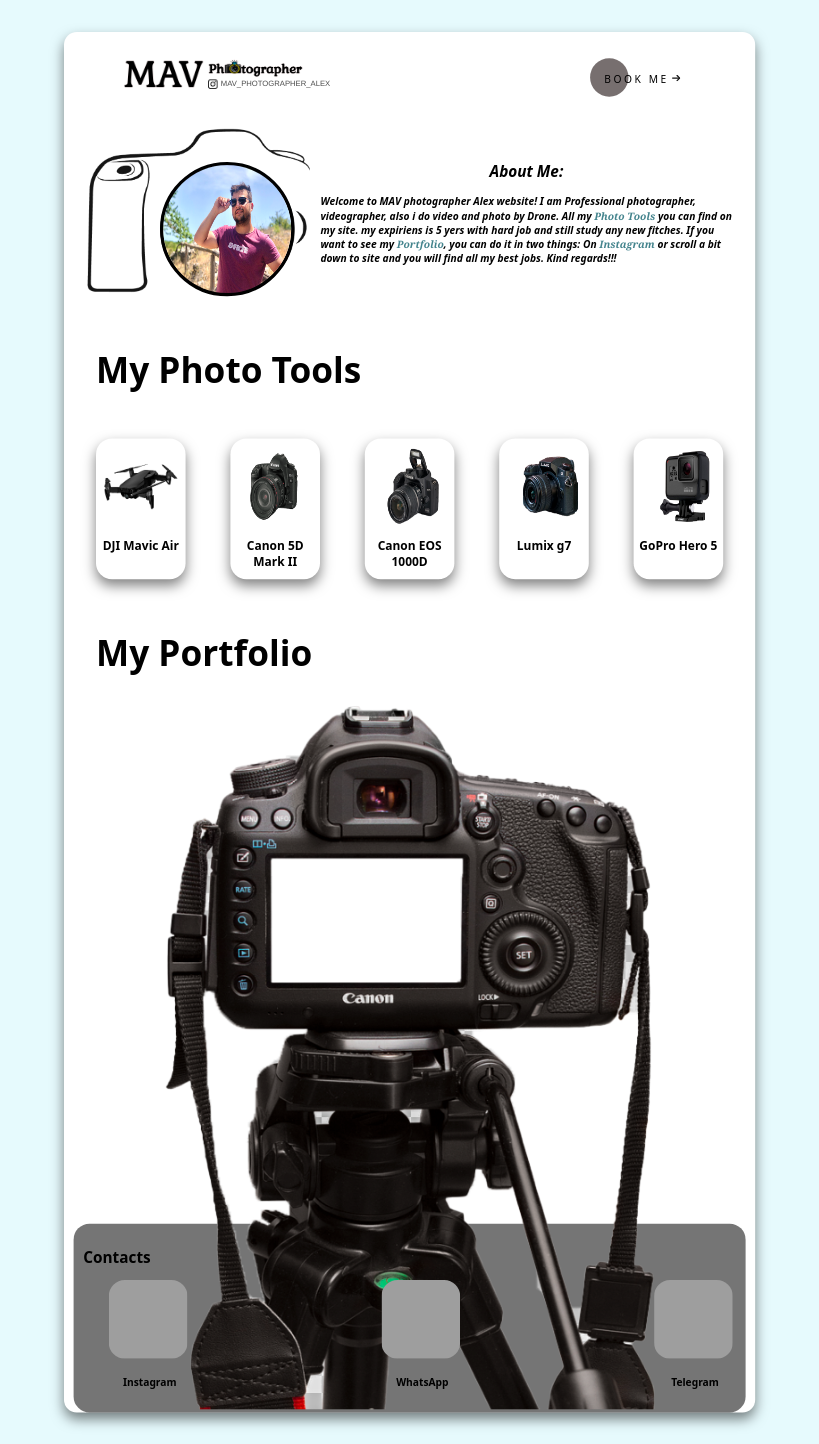
Repository: Dekabrist94/MAV
Page: /
These files come from the project's save history. The page is drawn as it stood at one moment and after the next save; the edit follows.
The browser window is 1280 px wide. The pictures show the whole page, at 64% of full size.
Pictures or frames that could not be fetched are drawn as grey boxes. The project was rebuilt for these pictures with package versions that can differ from the ones it lists, and the page was loaded fresh each time.

Above is the page before, as saved 2023-03-11 17:23:01.

After the next save:
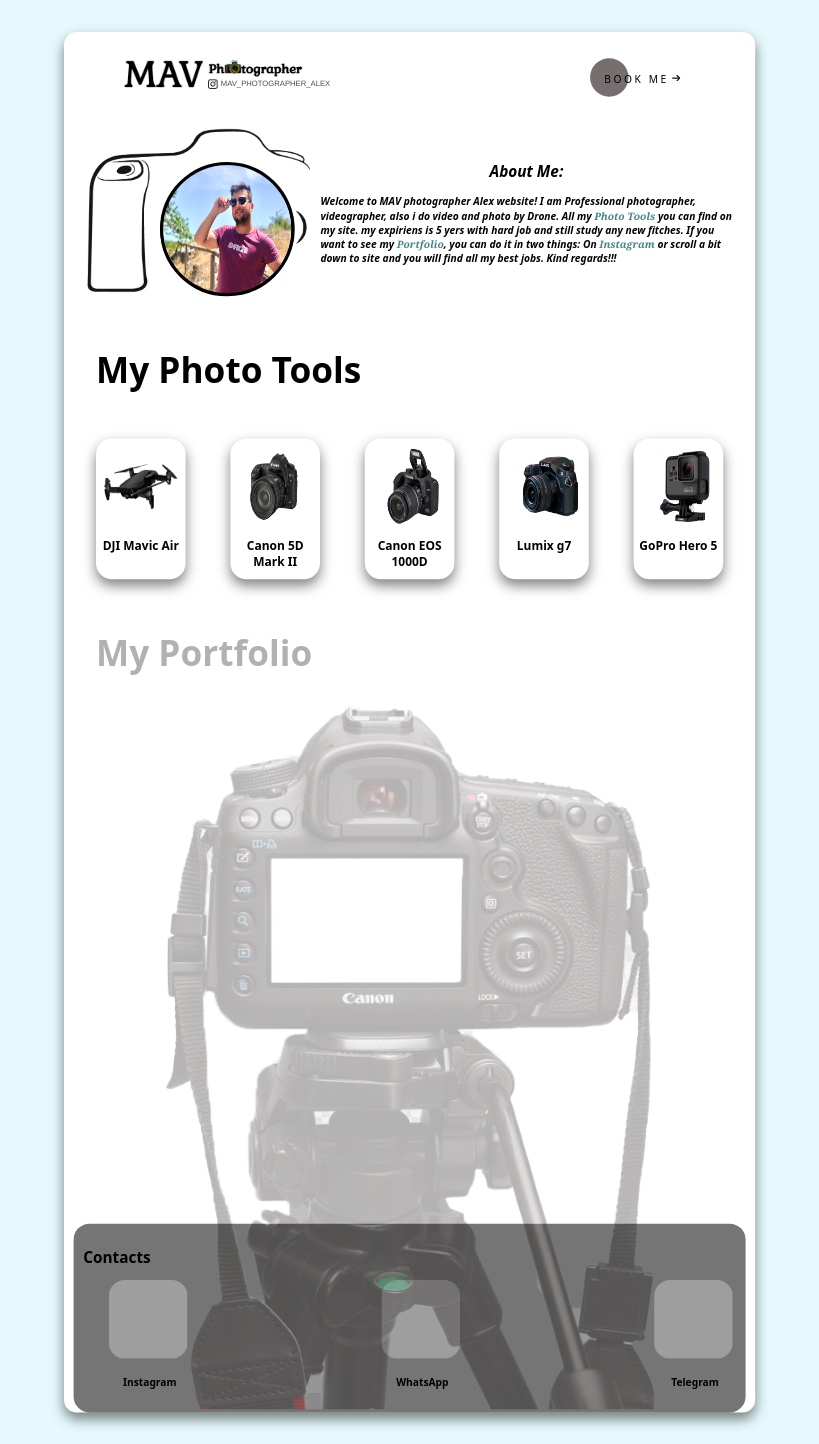
Saved 8 s later.
--- a/src/index.scss
+++ b/src/index.scss
@@ -137,6 +137,7 @@
 
 .Portfolio {
   z-index: 1;
+  opacity: 0.3;
 }
 
 .captionPortfolio {

After the save that followed:
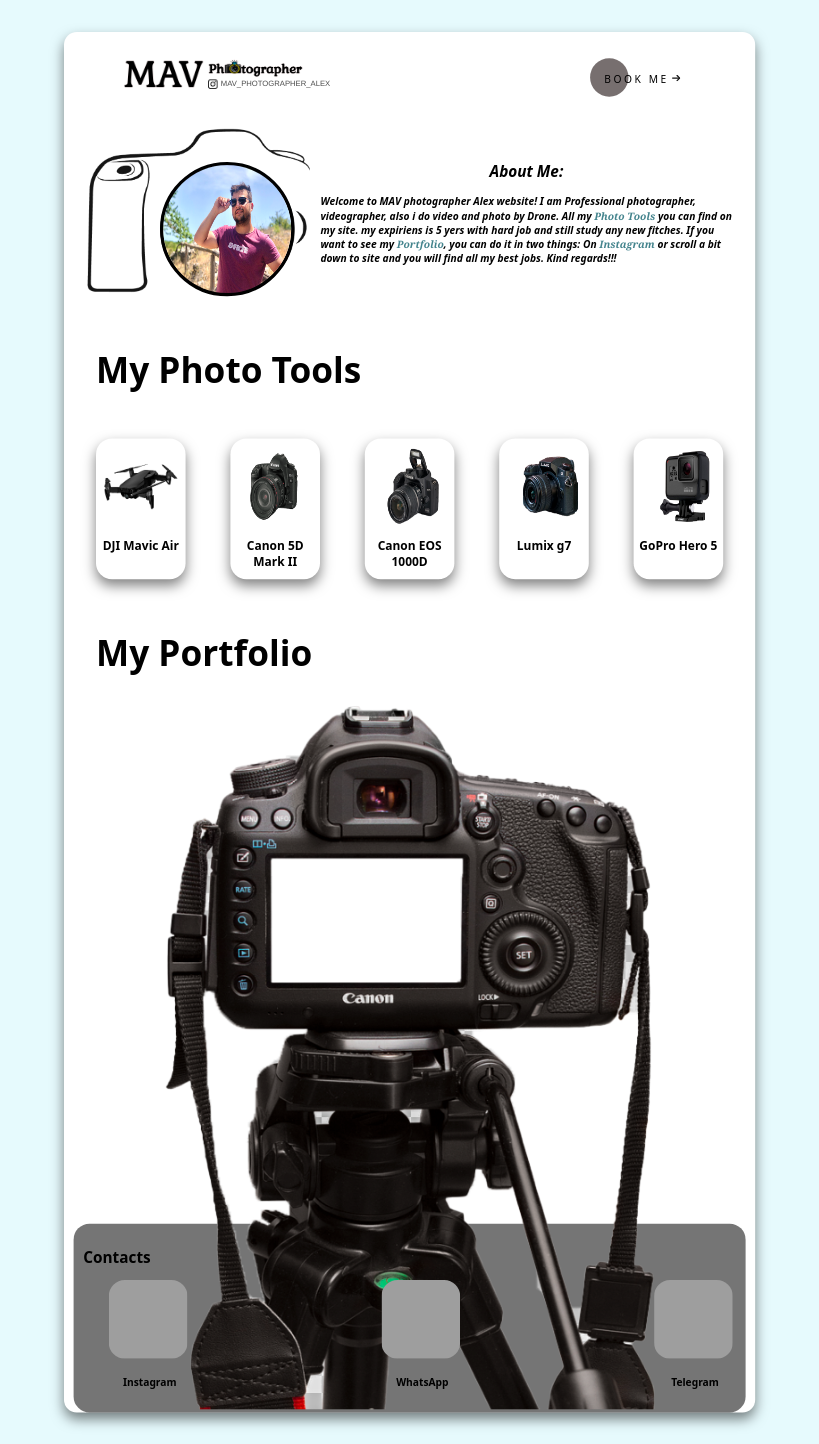
Saved 27 s later.
--- a/src/index.scss
+++ b/src/index.scss
@@ -137,7 +137,6 @@
 
 .Portfolio {
   z-index: 1;
-  opacity: 0.3;
 }
 
 .captionPortfolio {
